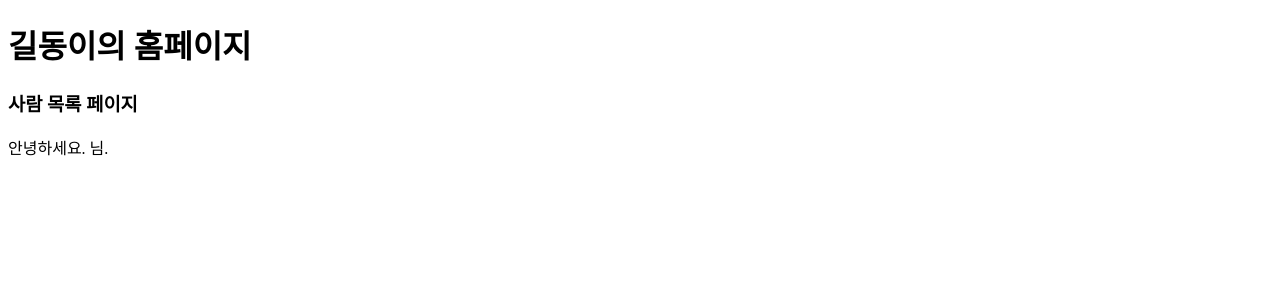
Repository: kkw2758/Front-end
Page: http://localhost/jsp_suvlet_ex02/saram/list.do
The author's editor kept a copy of each file at every save. The page is drawn from the files as they stood at one save, then again after the next save.
The browser window is 1280 px wide. The pictures show the whole page.
The page is served by Tomcat 9. Other server files are loaded and not shown.

Above is the page before, as saved 2023-02-27 06:21:45.

### backend_work/JAVA/day02/jsp_suvlet_ex02/webapp/WEB-INF/views/saram/list.jsp
<%@ page language="java" contentType="text/html; charset=UTF-8"
    pageEncoding="UTF-8"%>
<!DOCTYPE html>
<html>
<head>
<meta charset="UTF-8">
<title>Insert title here</title>
</head>
<body>
  <h1>길동이의 홈페이지</h1>
  <h3>사람 목록 페이지</h3>
  <p>안녕하세요. ${username}님.</p>
</body>
</html>

### backend_work/JAVA/day02/jsp_suvlet_ex02/src/org/comstudy/myweb/SaramController.java
package org.comstudy.myweb;

import java.io.IOException;

import javax.servlet.RequestDispatcher;
import javax.servlet.ServletException;
import javax.servlet.annotation.WebServlet;
import javax.servlet.http.HttpServlet;
import javax.servlet.http.HttpServletRequest;
import javax.servlet.http.HttpServletResponse;

// web.xml에 servlet-mapping 해주면 어노테이션 생략 가능.
@WebServlet("/saram/*")
public class SaramController extends HttpServlet {

	@Override
	protected void doGet(HttpServletRequest req, HttpServletResponse resp) throws ServletException, IOException {
		String ctxPath = req.getContextPath();
		String reqUri = req.getRequestURI();

		System.out.println("doGet() - SaramController 실행");
		// printf() 함수는 변환 문자열 사용 가능.
		// %s - string, %d - decimal, %i - integer, %f - float ...
		// Request URI = Context path + file name
		System.out.printf("%s, %s\n", ctxPath, reqUri);
		int beginIndex = ctxPath.length();
		String urlPattern = reqUri.substring(beginIndex);
		System.out.println("urlPattern => " + urlPattern);

		// view 페이지로 forward 하기
		// RequestDispatcher 객체를 이용한 view 페이지 forward
		String viewName = "/WEB-INF/views/saram/list.jsp"; // view 역할을 하는 JSP페이지의 위치 / WEB-INF는 외부에서 접근 불가
		RequestDispatcher view = req.getRequestDispatcher(viewName);
		// Forward - Servlet 페이지에서 하는 일을 뷰 JSP 페이지로 위임.
		// request와 response 객체를 전달한다.
		view.forward(req, resp);
	}

}

After the next save:
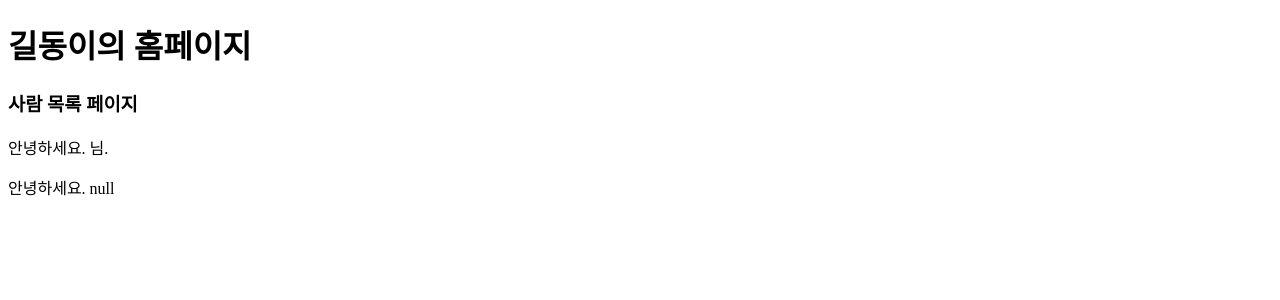
Saved 114 s later.
--- a/backend_work/JAVA/day02/jsp_suvlet_ex02/webapp/WEB-INF/views/saram/list.jsp
+++ b/backend_work/JAVA/day02/jsp_suvlet_ex02/webapp/WEB-INF/views/saram/list.jsp
@@ -9,6 +9,8 @@
 <body>
   <h1>길동이의 홈페이지</h1>
   <h3>사람 목록 페이지</h3>
+  <!-- HTML 주석 : JSP에서 사용 가능한 표현식. expression, EL, JSTL 등. -->
   <p>안녕하세요. ${username}님.</p>
+  <p>안녕하세요. <%=request.getAttribute("") %></p>
 </body>
 </html>
